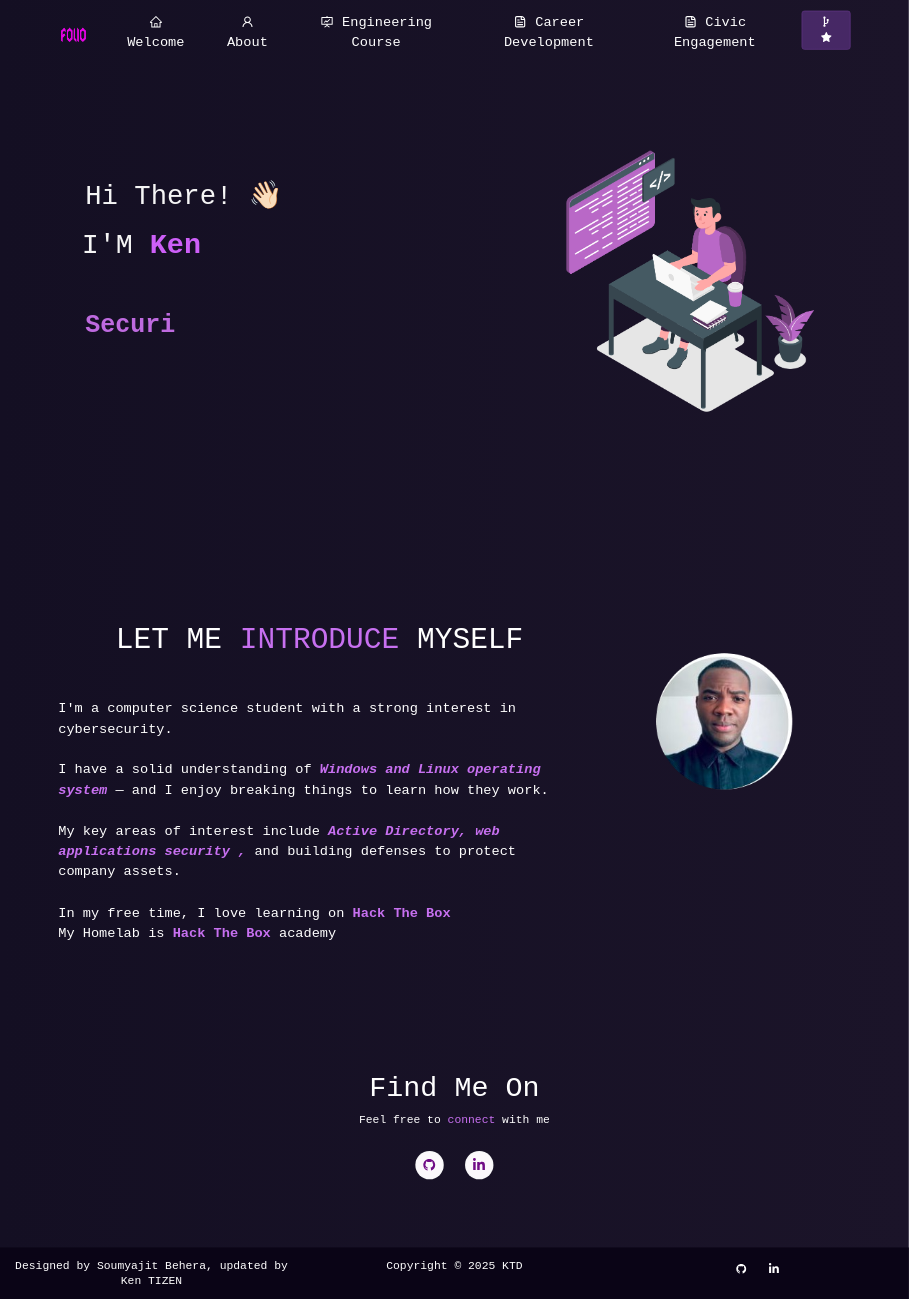
Repository: KenTizen17/ktdportfolio
Page: /
The author's editor kept a copy of each file at every save. The page is drawn from the files as they stood at one save, then again after the next save.
The browser window is 1280 px wide. The pictures show the whole page, at 71% of full size.
Some web fonts or font styles are not loaded; a fallback is used. The project was rebuilt for these pictures with package versions that can differ from the ones it lists, and the page was loaded fresh each time. Also part of the build but not shown: src/components/About/Github.js, src/components/About/Techstack.js, src/components/About/AboutCard.js, src/components/About/Toolstack.js, src/components/About/About.js, src/components/Projects/ProjectCards.js, src/components/Projects/Projects.js, src/components/Resume/ResumeNew.js and 3 more. Imported but missing from the stored project, and not drawn on this page: src/Assets/CVKEN.pdf, src/Assets/CVKENFrench1.pdf, src/Assets/Ken_TIZEN-CEP.pdf.

Above is the page before, as saved 2025-11-30 18:01:11.

### public/index.html
<!DOCTYPE html>
<html lang="en">
  <head>
    <meta charset="utf-8" />
    <link rel="icon" href="%PUBLIC_URL%/favicon.png" />
    <meta name="viewport" content="width=device-width, initial-scale=1" />
    <meta name="theme-color" content="#000000" />
    <meta
      name="description"
      content="Web site created using create-react-app"
    />
    <link rel="manifest" href="%PUBLIC_URL%/manifest.json" />
    <title>Ken | Portfolio</title>
    <meta name="description" content="Forked website build with React.js" />

    <!-- Google / Search Engine Tags -->
    <meta itemprop="name" content="Ken | Portfolio" />
    <meta itemprop="description" content="Forked website build with React.js" />
    <meta
      itemprop="image"
      content="https://raw.githubusercontent.com/soumyajit4419/Portfolio/master/Images/readme-img.png?token=AK7VCIF5RYEUZZAURELPTAC76U6AK"
    />
  </head>

  <body>
    <noscript>You need to enable JavaScript to run this app.</noscript>
    <div id="root"></div>
  </body>
</html>

### src/App.js
import React, { useState, useEffect } from "react";
import Preloader from "../src/components/Pre";
import Navbar from "./components/Navbar";
import Home from "./components/Home/Home";
import About from "./components/About/About";
import Projects from "./components/Projects/Projects";
import Footer from "./components/Footer";
import Resume from "./components/Resume/ResumeNew";
import Civic from "./components/Civic/Civic";
import {
  BrowserRouter as Router,
  Route,
  Routes,
  Navigate
} from "react-router-dom";
import ScrollToTop from "./components/ScrollToTop";
import "./style.css";
import "./App.css";
import "bootstrap/dist/css/bootstrap.min.css";

function App() {
  const [load, upadateLoad] = useState(true);

  useEffect(() => {
    const timer = setTimeout(() => {
      upadateLoad(false);
    }, 1200);

    return () => clearTimeout(timer);
  }, []);

  return (
    <Router>
      <Preloader load={load} />
      <div className="App" id={load ? "no-scroll" : "scroll"}>
        <Navbar />
        <ScrollToTop />
        <Routes>
          <Route path="/" element={<Home />} />
          <Route path="/project" element={<Projects />} />
          <Route path="/about" element={<About />} />
          <Route path="/resume" element={<Resume />} />
          <Route path="/civic" element={<Civic />} />
          <Route path="*" element={<Navigate to="/"/>} />
        </Routes>
        <Footer />
      </div>
    </Router>
  );
}

export default App;

### src/components/Navbar.js
import React, { useState } from "react";
import Navbar from "react-bootstrap/Navbar";
import Nav from "react-bootstrap/Nav";
import Container from "react-bootstrap/Container";
import logo from "../Assets/brand4.png";
import Button from "react-bootstrap/Button";
import { Link } from "react-router-dom";
import { CgGitFork } from "react-icons/cg";
import { ImBlog } from "react-icons/im";
import {
  AiFillStar,
  AiOutlineHome,
  AiOutlineFundProjectionScreen,
  AiOutlineUser,
} from "react-icons/ai";

import { CgFileDocument } from "react-icons/cg";

function NavBar() {
  const [expand, updateExpanded] = useState(false);
  const [navColour, updateNavbar] = useState(false);

  function scrollHandler() {
    if (window.scrollY >= 20) {
      updateNavbar(true);
    } else {
      updateNavbar(false);
    }
  }

  window.addEventListener("scroll", scrollHandler);

  return (
    <Navbar
      expanded={expand}
      fixed="top"
      expand="md"
      className={navColour ? "sticky" : "navbar"}
    >
      <Container>
        <Navbar.Brand href="/" className="d-flex">
          <img src={logo} className="img-fluid logo" alt="brand" />
        </Navbar.Brand>
        <Navbar.Toggle
          aria-controls="responsive-navbar-nav"
          onClick={() => {
            updateExpanded(expand ? false : "expanded");
          }}
        >
          <span></span>
          <span></span>
          <span></span>
        </Navbar.Toggle>
        <Navbar.Collapse id="responsive-navbar-nav">
          <Nav className="ms-auto" defaultActiveKey="#home">
            <Nav.Item>
              <Nav.Link as={Link} to="/" onClick={() => updateExpanded(false)}>
                <AiOutlineHome style={{ marginBottom: "2px" }} /> Welcome
              </Nav.Link>
            </Nav.Item>

            <Nav.Item>
              <Nav.Link
                as={Link}
                to="/about"
                onClick={() => updateExpanded(false)}
              >
                <AiOutlineUser style={{ marginBottom: "2px" }} /> About
              </Nav.Link>
            </Nav.Item>

            <Nav.Item>
              <Nav.Link
                as={Link}
                to="/project"
                onClick={() => updateExpanded(false)}
              >
                <AiOutlineFundProjectionScreen
                  style={{ marginBottom: "2px" }}
                />{" "}
                Engineering Course
              </Nav.Link>
            </Nav.Item>

            <Nav.Item>
              <Nav.Link
                as={Link}
                to="/resume"
                onClick={() => updateExpanded(false)}
              >
                <CgFileDocument style={{ marginBottom: "2px" }} /> Career Development
              </Nav.Link>
            </Nav.Item>

            <Nav.Item>
              <Nav.Link
                as={Link}
                to="/civic"
                onClick={() => updateExpanded(false)}
              >
                <CgFileDocument style={{ marginBottom: "2px" }} /> Civic Engagement
              </Nav.Link>
            </Nav.Item>


            <Nav.Item className="fork-btn">
              <Button
                href="https://github.com/KenTizen17"
                target="_blank"
                className="fork-btn-inner"
              >
                <CgGitFork style={{ fontSize: "1.2em" }} />{" "}
                <AiFillStar style={{ fontSize: "1.1em" }} />
              </Button>
            </Nav.Item>
          </Nav>
        </Navbar.Collapse>
      </Container>
    </Navbar>
  );
}

export default NavBar;

### src/components/Home/Home.js
import React from "react";
import { Container, Row, Col } from "react-bootstrap";
import homeLogo from "../../Assets/home-main.svg";
import Particle from "../Particle";
import Home2 from "./Home2";
import Type from "./Type";

import {
  AiFillGithub,
} from "react-icons/ai";
import { FaLinkedinIn } from "react-icons/fa";

function Home() {
  return (
    <section>
      <Container fluid className="home-section" id="home">
        <Particle />
        <Container className="home-content">
          <Row>
            <Col md={7} className="home-header">
              <h1 style={{ paddingBottom: 15 }} className="heading">
                Hi There!{" "}
                <span className="wave" role="img" aria-labelledby="wave">
                  👋🏻
                </span>
              </h1>

              <h1 className="heading-name">
                I'M
                <strong className="main-name"> Ken</strong>
              </h1>

              <div style={{ padding: 50, textAlign: "left" }}>
                <Type />
              </div>
            </Col>

            <Col md={5} style={{ paddingBottom: 20 }}>
              <img
                src={homeLogo}
                alt="home pic"
                className="img-fluid"
                style={{ maxHeight: "450px" }}
              />
            </Col>
          </Row>
        </Container>
      </Container>
      <Home2 />

      <Container>
        <Row style={{ paddingTop: "50px", paddingBottom: "80px" }}>
          <Col md={12} className="home-about-social">
            <h1>Find Me On</h1>
            <p>
              Feel free to <span className="purple">connect </span>with me
            </p>
            <ul className="home-about-social-links">
              <li className="social-icons">
                <a
                  href="https://github.com/KenTizen17"
                  target="_blank"
                  rel="noreferrer"
                  className="icon-colour  home-social-icons"
                >
                  <AiFillGithub />
                </a>
              </li>
              <li className="social-icons">
                <a
                  href="www.linkedin.com/in/ken-tizen-djongue"
                  target="_blank"
                  rel="noreferrer"
                  className="icon-colour  home-social-icons"
                >
                  <FaLinkedinIn />
                </a>
              </li>
            </ul>
          </Col>
        </Row>
      </Container>
    </section>
  );
}

export default Home;

### src/components/Footer.js
import React from "react";
import { Container, Row, Col } from "react-bootstrap";
import {
  AiFillGithub,
} from "react-icons/ai";
import { FaLinkedinIn } from "react-icons/fa";

function Footer() {
  let date = new Date();
  let year = date.getFullYear();
  return (
    <Container fluid className="footer">
      <Row>
        <Col md="4" className="footer-copywright">
          <h3>Designed by Soumyajit Behera, updated by Ken TIZEN</h3>
        </Col>
        <Col md="4" className="footer-copywright">
          <h3>Copyright © {year} KTD</h3>
        </Col>
        <Col md="4" className="footer-body">
          <ul className="footer-icons">
            <li className="social-icons">
              <a
                href="https://github.com/KenTizen17"
                style={{ color: "white" }}
                target="_blank"
                rel="noopener noreferrer"
              >
                <AiFillGithub />
              </a>
            </li>
            <li className="social-icons">
              <a
                href="www.linkedin.com/in/ken-tizen-djongue"
                style={{ color: "white" }}
                target="_blank"
                rel="noopener noreferrer"
              >
                <FaLinkedinIn />
              </a>
            </li>
          </ul>
        </Col>
      </Row>
    </Container>
  );
}

export default Footer;

### src/components/Particle.js
import React from "react";
import Particles from "react-tsparticles";

function Particle() {
  return (
    <Particles
      id="tsparticles"
      params={{
        particles: {
          number: {
            value: 160,
            density: {
              enable: true,
              value_area: 1500,
            },
          },
          line_linked: {
            enable: false,
            opacity: 0.03,
          },
          move: {
            direction: "right",
            speed: 0.05,
          },
          size: {
            value: 1,
          },
          opacity: {
            anim: {
              enable: true,
              speed: 1,
              opacity_min: 0.05,
            },
          },
        },
        interactivity: {
          events: {
            onclick: {
              enable: true,
              mode: "push",
            },
          },
          modes: {
            push: {
              particles_nb: 1,
            },
          },
        },
        retina_detect: true,
      }}
    />
  );
}

export default Particle;

### src/components/Home/Home2.js
import React from "react";
import { Container, Row, Col } from "react-bootstrap";
import myImg from "../../Assets/image.png";
import Tilt from "react-parallax-tilt";

function Home2() {
  return (
    <Container fluid className="home-about-section" id="about">
      <Container>
        <Row>
          <Col md={8} className="home-about-description">
            <h1 style={{ fontSize: "2.6em" }}>
              LET ME <span className="purple"> INTRODUCE </span> MYSELF
            </h1>
            <p className="home-about-body">
            I'm a computer science student with a strong interest in cybersecurity.
              <br />
              <br />
              I have a solid understanding of
              <i>
                <b className="purple">
                  {" "}
                  Windows and Linux operating system{" "}
                </b>
              </i>
              — and I enjoy breaking things to learn how they work.
              <br />
              <br />
              My key areas of interest include
              <i>
                <b className="purple">
                  {" "}
                  Active Directory, web applications security ,{" "}
                </b>
              </i>
              and building defenses to protect company assets.
              <br />
              <br />
              In my free time, I love learning on
              <b className="purple"> Hack The Box </b>{" "}
              <br />
              My Homelab is <b className="purple"> Hack The Box </b> academy{" "}

            </p>
          </Col>
          <Col md={4} className="myAvtar">
            <Tilt>
              <img src={myImg} className="img-fluid" alt="avatar" />
            </Tilt>
          </Col>
        </Row>
      </Container>
    </Container>
  );
}
export default Home2;

### src/components/Home/Type.js
import React from "react";
import Typewriter from "typewriter-effect";

function Type() {
  return (
    <Typewriter
      options={{
        strings: [
          "Purple Teamer",
          "Security Engineer",
          "Self Learner",

        ],
        autoStart: true,
        loop: true,
        deleteSpeed: 50,
      }}
    />
  );
}

export default Type;

Loaded but not shown: src/index.js (common file); src/index.css (common file); src/reportWebVitals.js (common file); src/components/Pre.js (common file); src/components/ScrollToTop.js (common file); src/style.css (common file); src/App.css (common file)

After the next save:
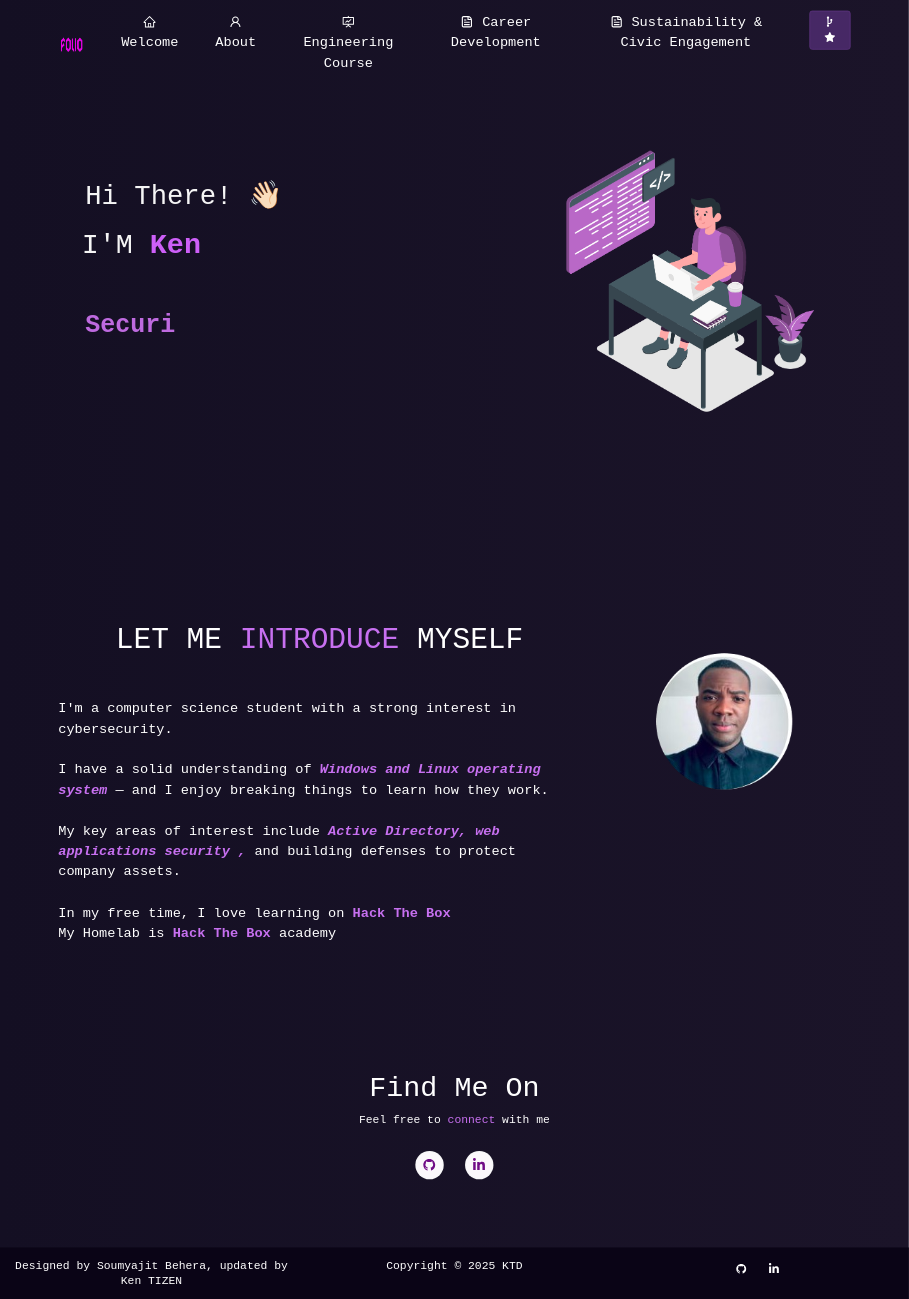
Saved 2 min 38 s later.
--- a/src/components/Navbar.js
+++ b/src/components/Navbar.js
@@ -98,7 +98,7 @@ function NavBar() {
                 to="/civic"
                 onClick={() => updateExpanded(false)}
               >
-                <CgFileDocument style={{ marginBottom: "2px" }} /> Civic Engagement
+                <CgFileDocument style={{ marginBottom: "2px" }} /> Sustainability & Civic Engagement
               </Nav.Link>
             </Nav.Item>
 
